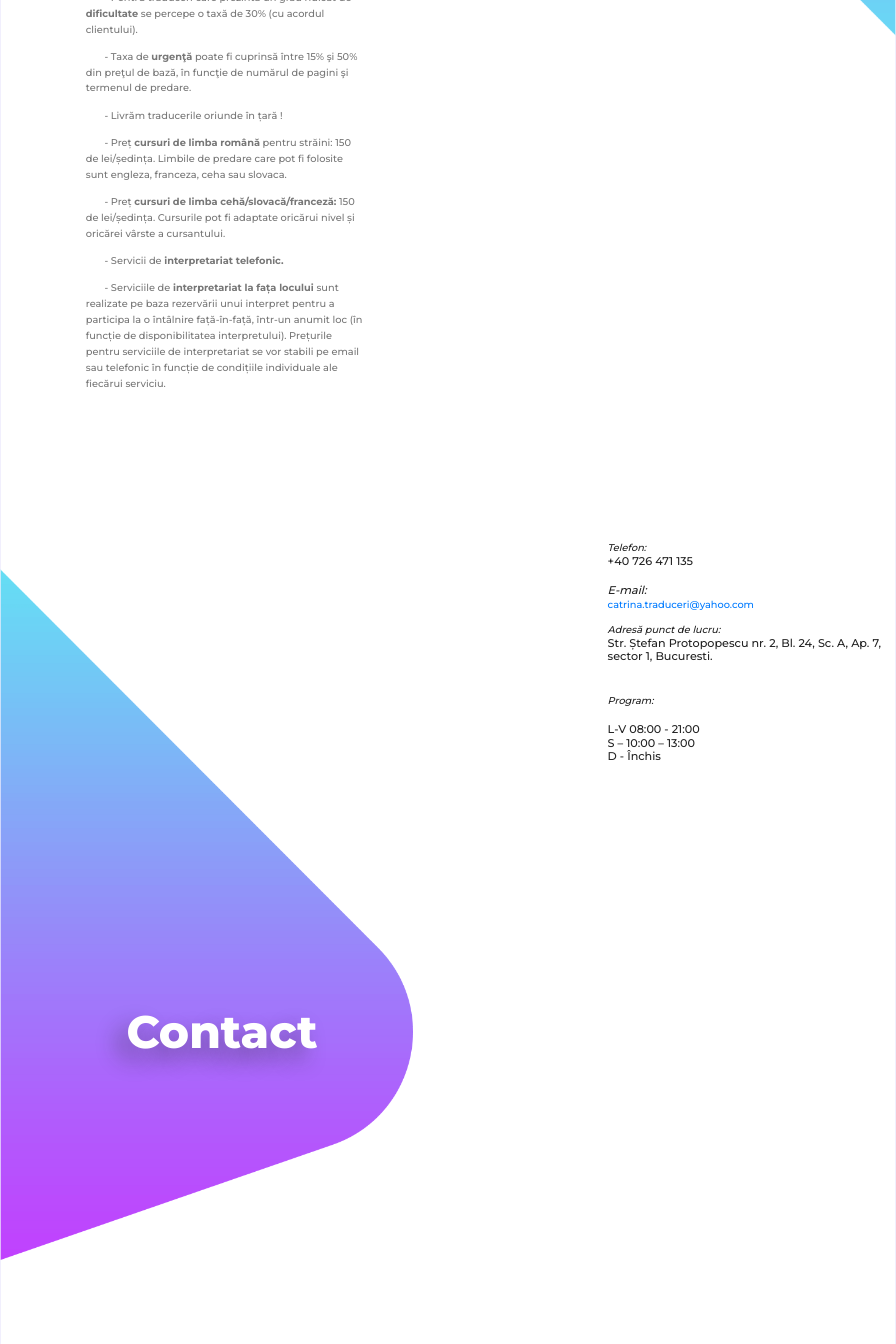
Repository: roscaImarius/site_traduceri
Page: index.html
The author's editor kept a copy of each file at every save. The page is drawn from the files as they stood at one save, then again after the next save.
The browser window is 1280 px wide. The pictures show the part of the page from y = 4472 to 6392 px (the page is 6410 px tall), at 70% of full size.

Above is the page before, as saved 2022-03-22 03:43:13.

### index.html
<!DOCTYPE html>
<html lang="en" class="no-js">
  <head>
    <meta
      name="viewport"
      content="width=device-width, initial-scale=1, shrink-to-fit=no"
    />
    <meta name="author" content="CodePixar" />
    <meta name="description" content="" />
    <meta name="keywords" content="" />
    <meta charset="UTF-8" />

    <title>Traduceri</title>
     <link rel="shortcut icon" href="img/favicon.png">
    <link
      href="https://fonts.googleapis.com/css?family=Montserrat:500,600,700,800,900"
      rel="stylesheet"
    />
    <link
      href="https://fonts.googleapis.com/css?family=Open+Sans:400,600"
      rel="stylesheet"
    />
    <!-- ===========================================
		CSS Files
    ============================================= -->
    <link rel="stylesheet" href="css/font-awesome.min.css" />
    <link rel="stylesheet" href="css/bootstrap.css" />
    <link rel="stylesheet" href="css/main.css" />
  </head>

  <body class="version5" id="top">
    <div class="se-pre-con"></div>

    <!--================ Start Banner Area =================-->
    <section class="home-area" id="home">
      <div class="banner-area relative">
        <div class="container-fluid">
          <div class="row justify-content-center height align-items-center">
            <div class="col-lg-5 col-md-6 col-sm-12">
              <div class="banner-img">
                <img class="img-fluid" src="img/logo.svg" alt="" />
              </div>
            </div>
            <div class="col-lg-5 col-md-6 col-sm-12">
              <div class="banner-content text-right">
                <!-- <h4 class="mb-30 hello text-uppercase text-white">
                  Salut, noi suntem
                </h4> -->
                <h1 class="name">Catrina Traduceri</h1>
                <p class="mt-5 h6 pHome dark">
                  Ne numărăm printre foarte puținii traducători autorizați de
                  Ministerul Justiției din România pentru traduceri din limbile
                  slave, de nisă: cehă, slovacă și ucraineană.
                </p>
              </div>
            </div>
          </div>
        </div>
      </div>
    </section>
    <!--================Header Menu Area =================-->
    <header class="header_area" id="header5">
      <div class="main_menu">
        <nav class="navbar navbar-expand-lg">
          <div class="container-fluid">
            <!-- Brand and toggle get grouped for better mobile display -->
            <a class="navbar-brand logo_h" href="index.html"
              ><img class="logoo" src="img/logo.png" alt=""
            /></a>
            <button
              class="navbar-toggler"
              type="button"
              data-toggle="collapse"
              data-target="#navbarSupportedContent"
              aria-controls="navbarSupportedContent"
              aria-expanded="false"
              aria-label="Toggle navigation"
            >
              <i class="fas fa-bars"></i>
            </button>
            <!-- Collect the nav links, forms, and other content for toggling -->
            <div
              class="collapse navbar-collapse offset"
              id="navbarSupportedContent"
            >
              <ul class="nav navbar-nav menu_nav ml-auto nav5">
                <li class="nav-item active5">
                  <a class="nav-link" href="#home" >Acasă</a>
                </li>
                <li class="nav-item">
                  <a class="nav-link" href="#about" >Despre</a>
                </li>
                <li class="nav-item">
                  <a class="nav-link" href="#educatie"  >Referințe</a>
                </li>
                <li class="nav-item">
                  <a class="nav-link" href="#portfolio" >Prețuri</a>
                </li>
                <li class="nav-item" >
                  <a class="nav-link" href="#contact" >Contact</a>
                </li>
              </ul>

              <!-- SOCIAL MEDIA -->
              <ul class="nav navbar-nav social-icons">
                <li class="nav-item">
                  <a href="https://www.facebook.com/catrina.traduceri">
                    <i class="fab fa-facebook-f"></i>
                  </a>
                </li>
                <li class="nav-item">
                  <a
                    href="https://www.linkedin.com/in/ionut-catrina-405244178/"
                  >
                    <i class="fab fa-linkedin"></i>
                  </a>
                </li>

              </ul>
            </div>
          </div>
        </nav>
      </div>
    </header>

    <!--================ Start About Area =================-->
    <section class="about-area section-gap-top-5 relative" id="about">
      <div class="container-fluid">
        <div class="row row-reverse">
             <div class="megafon"></div>
          <div class="offset-lg-2 col-lg-4 col-md-12">
            <h2 class="heading mb-40">Lucrați cu profesioniști!</h2>
            <p>
              Întreprindere de familie cu capital 100% românesc si cu o
              experiență de peste
              <span style="font-weight: bold">13 ani</span> în domeniul
              traducerilor, activăm cu pasiune, profesionalism și
              responsabilitate și vă oferim traduceri
              <span style="font-weight: bold"> autorizate și legalizate</span>
              în principal din limbi
              <span style="font-weight: bold">slave</span>: cehă, slovacă și
              ucraineană, dar și din cele mai importante limbi de circulație
              internațională: engleza și franceza. <br />
            </p>
            <p>
              Suntem absolvenți ai uneia dintre cele mai bune facultăți a
              Universității din București,<span style="font-weight: bold">
                Facultatea de Limbi și Literaturi străine</span
              >, filologi specializați în domeniul traducerilor ca urmare a
              absolvirii Masteratului de Studii Culturale Slave și Traductologie
              și a numeroase burse de specializare în țările din a căror limbă
              traducem. <br/>
            </p>
              <p>
               Avem o colaborare de lungă durată, bazată pe
               <span style="font-weight: bold">
                profesionalism și seriozitate</span>, cu Birouri Notariale, Instanțe judecătorești, organe de
              urmărire penală, avocați.
              </p>
              <p>

                   Nu ezitați să ne contactați pentru o
                 cotație de preț pentru traduceri autorizate și legalizate din
                 aceste limbi. Lucrând în familie și între prieteni, vă putem
                 garanta prețuri corecte, care ajung într-o proporție echitabilă la
                 traducătorul care le realizează și care are cea mai importantă
                 contribuție la documentul final.
              </p>

            <p>
              Oferim și: <br />
              <span style="font-weight: bold">-cursuri de limbă română</span>
              pentru străini, <br />
              <span style="font-weight: bold"
                >-cursuri de limbă cehă sau limba slovacă</span
              >
              pentru orice nivel de limbă. <br />
            </p>
            <p>
              Ne putem adapta nevoilor Dvs. și vă putem ajuta cu
              <span style="font-weight: bold">training-uri</span> de limbă cehă
              sau slovacă pentru anumite domenii sau specializări.
            </p>
          </div>

          <div class="col-lg-6 p-0 col-md-12">
            <div class="right-side">
              <h2 class="text-white right-heading">Despre</h2>
            </div>
          </div>
        </div>
      </div>
    </section>

    <!--================ Start Experience Area =================-->
    <section class="experience-area relative" id="educatie">
      <div class="container-fluid">
        <div class="row">
          <div class="col-lg-6 p-0 col-md-12">
            <div class="left-side">
              <h2 class="text-white indented cv left-heading">Referințe</h2>
            </div>
          </div>

          <div class="xpDiv col-lg-4 md-mr col-md-12">
            <h2 class="heading mb-80">Clienții noștri</h2>
            <div class="resume-content">
                 <div class="referinteDrawing"></div>
              <div class="work-exp mb-50">
                  <p>Avem o colaborare de lungă durată, bazată pe
                     profesionalism cu:
                  </p>
                  <p> - Birouri Notariale     </p>
                  <p>- Tribunale</p>
                  <p> - Poliția Română</p>
                  <p>- Numeroase birouri de traduceri și firme din toată țara.</p>

                  <!-- În urma absolvirii unui curs specializat, am obținut
                  calificarea de trainer de limba română pentru străini.
                  Experiență în domeniul Proiectelor finanțate din fonduri
                  europene (POSDRU). In perioada 1.7.2010 - 1.11.2013 am ocupat
                  pozitia de Responsabil vizite de studiu – schimb de experiență
                  în cadrul unor proiecte transnaționale (între România și
                  Republica Cehă). -->

              </div>
            </div>
          </div>
        </div>
      </div>
    </section>

    <!--================ Start PRICE Area =================-->
    <section class="price-area section-gap-top-5 relative" id="portfolio">
      <div class="container-fluid">
        <div class="row row-reverse">
          <div class="divFaraPret offset-lg-2 col-lg-4 col-md-12">
               <div class="pretDrawing"></div>
            <h2 class="heading mb-40">Servicii și prețuri</h2>
            <h6 class="mb-4">
              La noi totul este  <span style="font-weight: bold">transparent, clar</span> și pe înțelesul oamenilor! Nu
              doar traducerile și cursurile ci și prețurile!
            </h6>
            <div class="boxPreturi">
              <p>
                Traducere tipizate
                <span style="font-weight: bold">CZ/SK-RO - 45 de lei/pag.</span>
              </p>
              <p>
                Traducere documente obișnuite
                <span style="font-weight: bold">CZ/SK-RO - 50 de lei/pag.</span>
              </p>
              <p>
                Traducere documente juridice/medicale/financiare
                <span style="font-weight: bold">CZ/SK-RO - minim 60 de lei/pag.</span>
              </p>
              <p>
                Retroversiune <span style="font-weight: bold"
                  >RO-CZ/SK - de la 65 de lei.</span
                >
              </p>
              <p><span style="font-weight: bold"
                  >EN/FR - CZ/SK – de la 65 de lei.</span</p>
            </div>
            <div class="preturiInfo">
                 <div class="borderPret">

                      <i><h4 class="mt-5"><b>!!</b></h4></i>
                      <ul style='text-indent: 20pt'>
                         <li>-   Prețurile sunt finale pentru 2000 caractere inclusiv spații/pagină.</li>
                         <li>-  <span> Reducerile</span> sunt negociabile, în funcţie de numărul de pagini şi de data limită, dar nu sunt mai mari de 10% pentru 50 de pagini, 5% pentru 25 de pagini.</li>
                         <li>-Fiecare comandă primeşte cotaţii individuale, în funcţie de solicitările clientului.</li>
                         <li>-  Valoarea minimă a comenzii: 1 pagină.</li>
                      <ul/><br>
                 </div>

                 <div class="servicii">
                         <br/>
                         <div class="serviciih5">

                              <h5 >Servicii</h5>
                         </div>
                         <br>
                         <p>- <span style="font-weight: bold">Corectura:</span>  50% din preturile de mai sus.</p>
                         <p class="">- Oferim <span style="font-weight: bold">servicii de legalizare</span>  la notar public pentru clienţii
                              care doresc traduceri legalizate, taxa percepută pentru acest serviciu fiind de 60 de
                              lei/document (include onorariul notarului).
                         </p>
                         <p>- Pentru traduceri care prezintă un grad ridicat de  <span style="font-weight: bold">dificultate</span>  se percepe
                              o taxă de 30% (cu acordul clientului). </p>
                              <p>- Taxa de <span style="font-weight: bold">urgenţă</span> poate fi cuprinsă între 15% şi 50% din preţul
                              de bază, în funcţie de numărul de pagini şi termenul de predare.
                              </p>
                      <p>

                         - Livrăm traducerile oriunde în țară !
                        </p>
                       <p>- Preț <span style="font-weight: bold">cursuri de limba română</span>  pentru străini: 150 de lei/ședința.
                         Limbile de predare care pot fi folosite sunt engleza, franceza, ceha sau slovaca.
                      </p>
                      <p>- Preț <span style="font-weight: bold">cursuri de limba cehă/slovacă/franceză:</span> 150 de lei/ședința.
                              Cursurile pot fi adaptate oricărui nivel și oricărei vârste a cursantului.
                      </p>
                              <p> - Servicii de <span style="font-weight: bold">interpretariat telefonic.</span>
                              </p>
                         <p> - Serviciile de <span style="font-weight: bold">interpretariat la fața locului </span> sunt realizate pe baza
                                   rezervării unui interpret pentru a participa la o întâlnire față-în-față,
                                   într-un anumit loc (în funcție de disponibilitatea interpretului).
                              Prețurile pentru serviciile de interpretariat se vor stabili pe email sau telefonic
                                   în funcție de condițiile individuale ale fiecărui serviciu.
                         </p>
                         </p>
                 </div>

            </div>
          </div>

          <div class="divPreturi col-lg-6 p-0 col-md-12">
            <div class="right-side">
              <h2 class="text-white right-heading">Prețuri</h2>
            </div>
          </div>
        </div>
      </div>
    </section>

    <!--================ Start CONTACT Area =================-->
    <section class="client-area relative" id="contact">
      <div class="container-fluid">
        <div class="row">
          <div class="col-lg-6 p-0 col-md-12">
            <div class="left-side">
              <h2 class="text-white left-heading">Contact</h2>
            </div>
          </div>

          <div class="contactDiv offset-lg-2 col-lg-4 col-md-12">





                         <div class="form-area text-left">
              <h6><i>Telefon:</i></h6>
              <h5>+40 726 471 135 <br /></h5>
              <br>
            </div>

            <div class="form-area text-left">
              <h5><i>E-mail:</i></h5>
              <p>

                   <a href="mailto:catrina.traduceri@yahoo.com">catrina.traduceri@yahoo.com</a>
              </p>
            </div>

            <div class="form-area adresa text-left">
              <h6><i>Adresă punct de lucru:</i></h6>
              <h5>
              Str. Ștefan Protopopescu nr. 2, Bl. 24, Sc. A, Ap. 7, sector 1, Bucuresti.
              </h5>

              <br>
              <br>

              <h6><i>Program:</i></h6><br>
              <h5>L-V 08:00 - 21:00 </h5>
              <h5>S – 10:00 – 13:00</h5>
              <h5>D - Închis</h5>
            </div>





          </div>






        </div>
      </div>
    </section>

    <!--= Start Scroll to Top Area ########## -->
    <div id="back-top">
      <a title="Go to Top" href="#">
        <i class="fas fa-angle-up"></i>
      </a>
    </div>

    <script src="js/vendor/jquery-2.2.4.min.js"></script>
    <script src="js/popper.min.js"></script>
    <script src="js/vendor/bootstrap.min.js"></script>
    <!-- <script src="js/vendor/mail-script.js"></script> -->
    <script src="js/jquery.ajaxchimp.min.js"></script>
    <script src="js/counter-up.js"></script>
    <script src="js/isotope.pkgd.min.js"></script>
    <script src="js/waypoints.min.js"></script>
    <script src="js/main.js"></script>
  </body>
</html>

Loaded but not shown: css/font-awesome.min.css (library); css/bootstrap.css (library); js/vendor/jquery-2.2.4.min.js (library); js/popper.min.js (library); js/vendor/bootstrap.min.js (library); js/jquery.ajaxchimp.min.js (library); js/isotope.pkgd.min.js (library); js/waypoints.min.js (library); js/main.js (92 lines, source omitted); js/counter-up.js (8 lines, source omitted); css/main.css (1618 lines, source omitted)

After the next save:
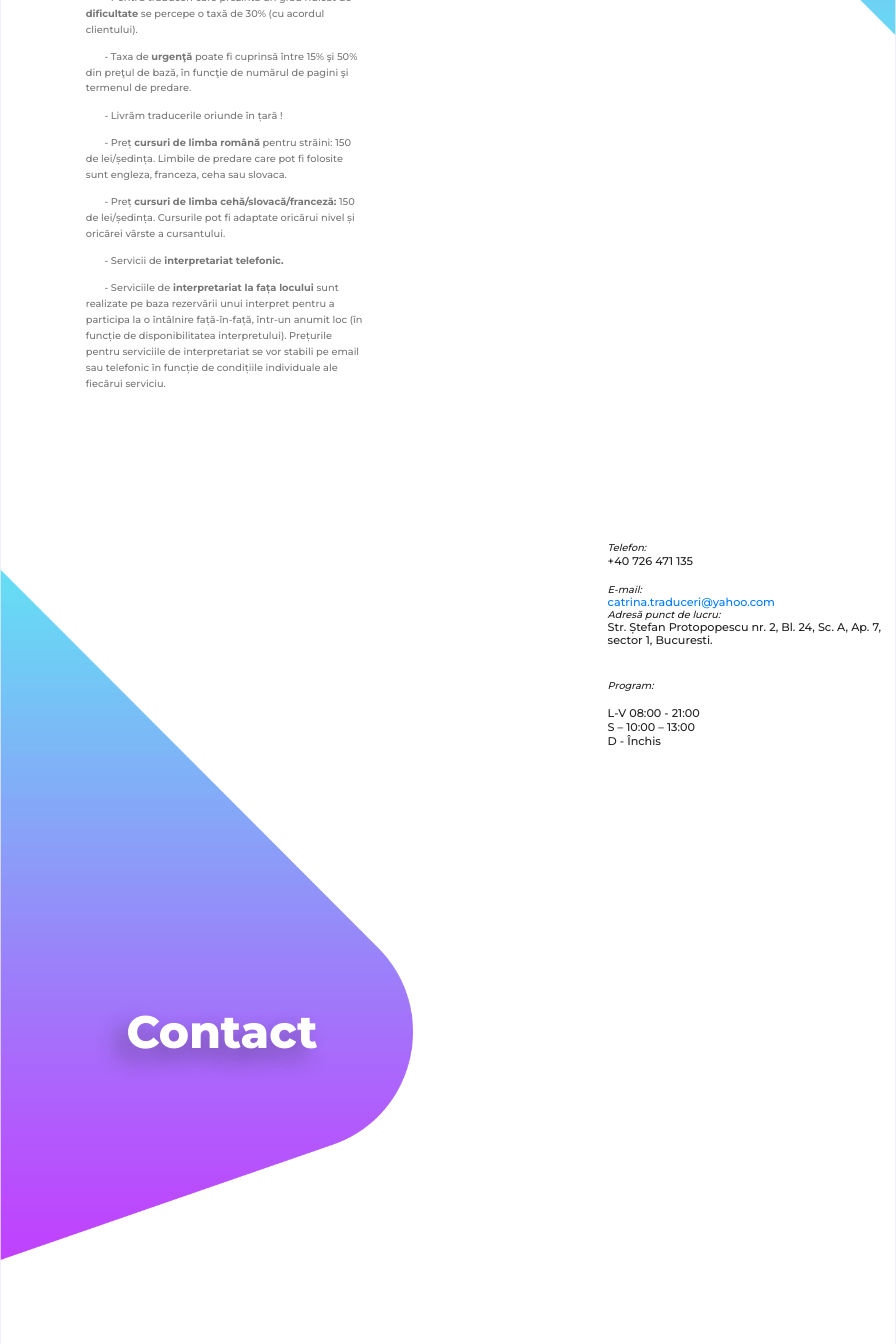
Saved 17 s later.
--- a/index.html
+++ b/index.html
@@ -347,11 +347,11 @@
             </div>
 
             <div class="form-area text-left">
-              <h5><i>E-mail:</i></h5>
-              <p>
+              <h6><i>E-mail:</i></h6>
+              <h5>
 
                    <a href="mailto:catrina.traduceri@yahoo.com">catrina.traduceri@yahoo.com</a>
-              </p>
+              </h5>
             </div>
 
             <div class="form-area adresa text-left">
